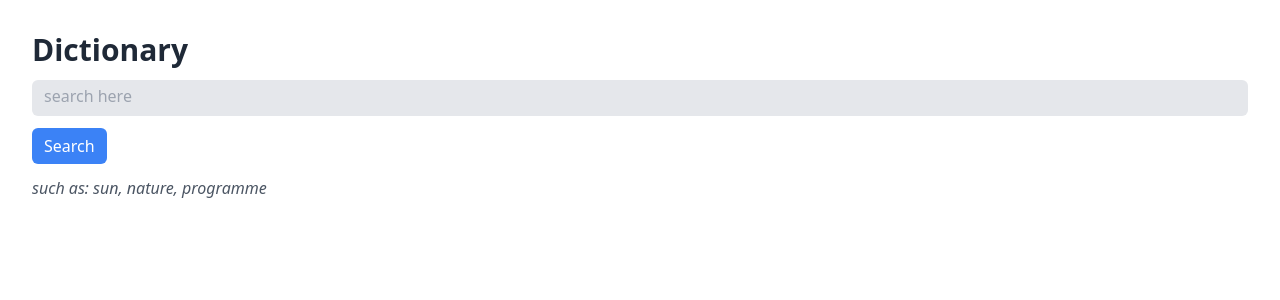
Repository: imokha01/dictionary-app
Page: /
These files come from the project's save history. The page is drawn as it stood at one moment and after the next save; the edit follows.
The browser window is 1280 px wide. The pictures show the whole page.
The project was rebuilt for these pictures with package versions that can differ from the ones it lists, and the page was loaded fresh each time. Also part of the build but not shown: vite.config.js, src/App.css.

Above is the page before, as saved 2024-02-19 10:58:39.

After the next save:
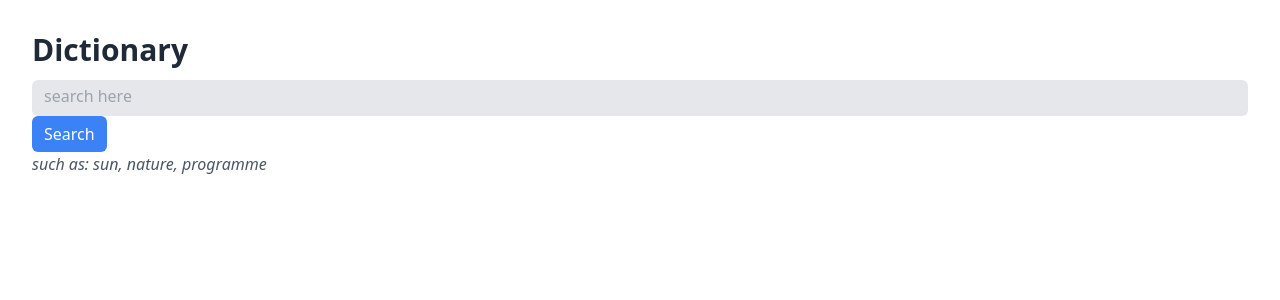
Saved 60 s later.
--- a/src/pages/Home.jsx
+++ b/src/pages/Home.jsx
@@ -4,7 +4,7 @@ const Home = () => {
         <div>
             <div className="flex flex-col gap-3">
                 <h1 className="text-3xl  font-semibold">Dictionary</h1>
-                <div className="flex flex-col gap-3">
+                <div className="flex flex-col">
                     <input className="bg-gray-200 rounded-md h-9 pl-3 pb-1" type="text" placeholder="search here" />
                     <button className="bg-blue-500 text-white rounded-md px-3 py-1.5 w-fit">Search</button>
                     <i className="text-gray-600">such as: sun, nature, programme</i>
